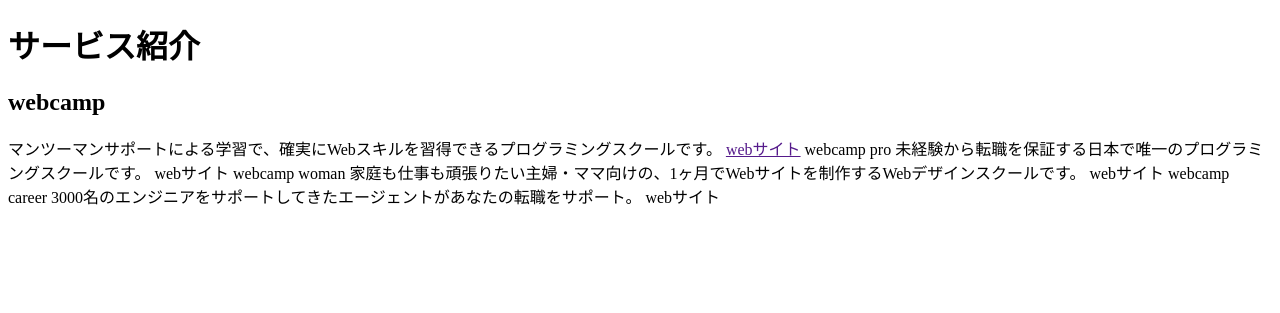
Repository: sutanuki/webcamp
Page: html,css/c2/index.html
The author's editor kept a record of every edit. The page is drawn from the files as they stood at one moment, then again after the next edit.
The browser window is 1280 px wide. The pictures show the whole page.

Above is the page before.

### html,css/c2/index.html
<!DOCTYPE html>
<html>
  <head>
    <meta charset=utf-8 />
    <title></title>
  </head>
  <body>
    <h1>サービス紹介</h1>
      <h2>webcamp</h2>
        マンツーマンサポートによる学習で、確実にWebスキルを習得できるプログラミングスクールです。
        <a href="">webサイト</a>
      webcamp pro
        未経験から転職を保証する日本で唯一のプログラミングスクールです。
        webサイト
      webcamp woman
        家庭も仕事も頑張りたい主婦・ママ向けの、1ヶ月でWebサイトを制作するWebデザインスクールです。
        webサイト
      webcamp career
        3000名のエンジニアをサポートしてきたエージェントがあなたの転職をサポート。
        webサイト
  </body>
</html>

After the next edit:
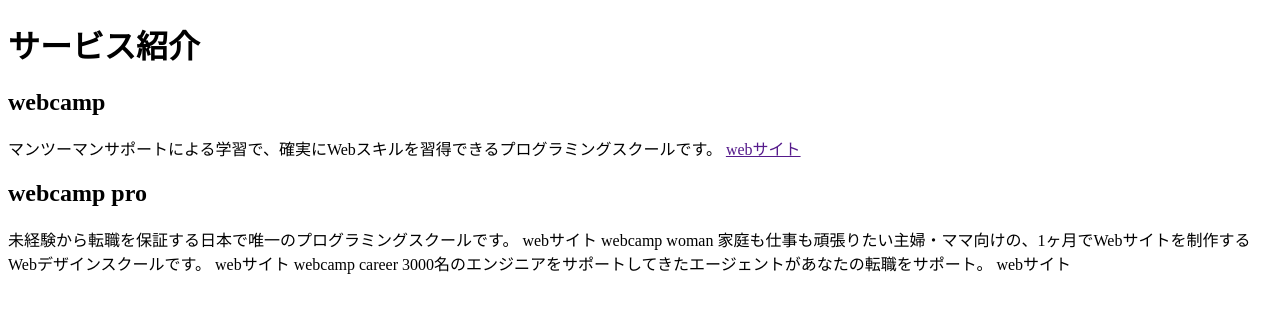
The edit:
--- a/html,css/c2/index.html
+++ b/html,css/c2/index.html
@@ -9,7 +9,7 @@
       <h2>webcamp</h2>
         マンツーマンサポートによる学習で、確実にWebスキルを習得できるプログラミングスクールです。
         <a href="">webサイト</a>
-      webcamp pro
+      <h2>webcamp pro</h2>
         未経験から転職を保証する日本で唯一のプログラミングスクールです。
         webサイト
       webcamp woman
